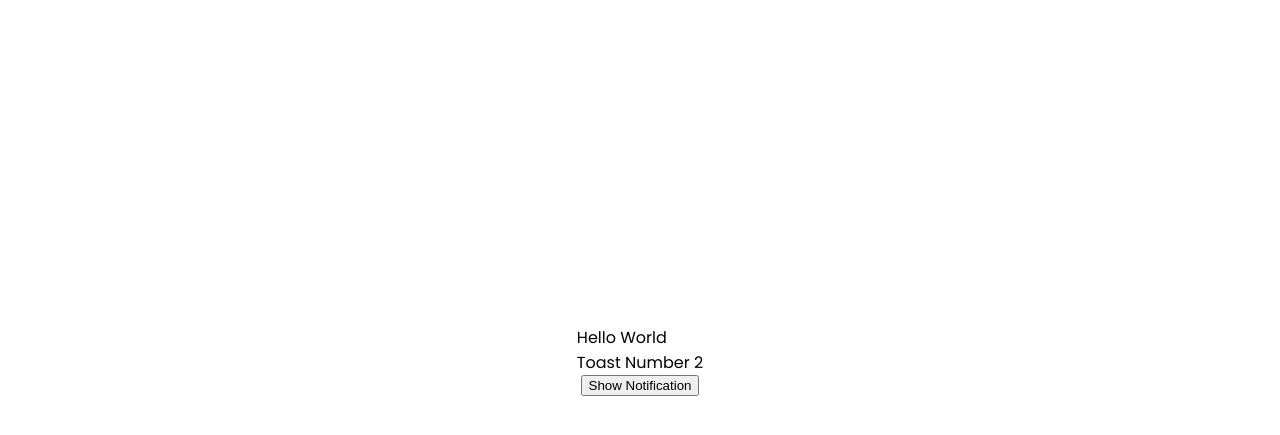
Repository: eagle-tex/50-projects-BT
Page: 27-toast-notification/index.html
These files come from the project's save history. The page is drawn as it stood at one moment and after the next save; the edit follows.
The browser window is 1280 px wide. The pictures show the whole page.

Above is the page before, as saved 2021-01-19 22:07:05.

### 27-toast-notification/index.html
<!DOCTYPE html>
<html lang="en">

<head>
  <meta charset="UTF-8" />
  <meta name="viewport" content="width=device-width, initial-scale=1.0" />
  <link rel="stylesheet" href="style.css" />
  <title>Toast Notification</title>
</head>

<body>
  <div id="toasts">
    <div class="toast">Hello World</div>
    <div class="toast">Toast Number 2</div>
  </div>

  <button class="btn" id="button">Show Notification</button>

  <script src="script.js"></script>
</body>

</html>

### 27-toast-notification/style.css
@import url('https://fonts.googleapis.com/css?family=Poppins:wght@200;400&display=swap');

* {
  box-sizing: border-box;
}

body {
  font-family: 'Poppins', sans-serif;
  display: flex;
  flex-direction: column;
  align-items: center;
  justify-content: center;
  height: 100vh;
  overflow: hidden;
  margin: 0;
}

Loaded but not shown: 27-toast-notification/script.js (no stored copy; drawn as an empty file)

After the next save:
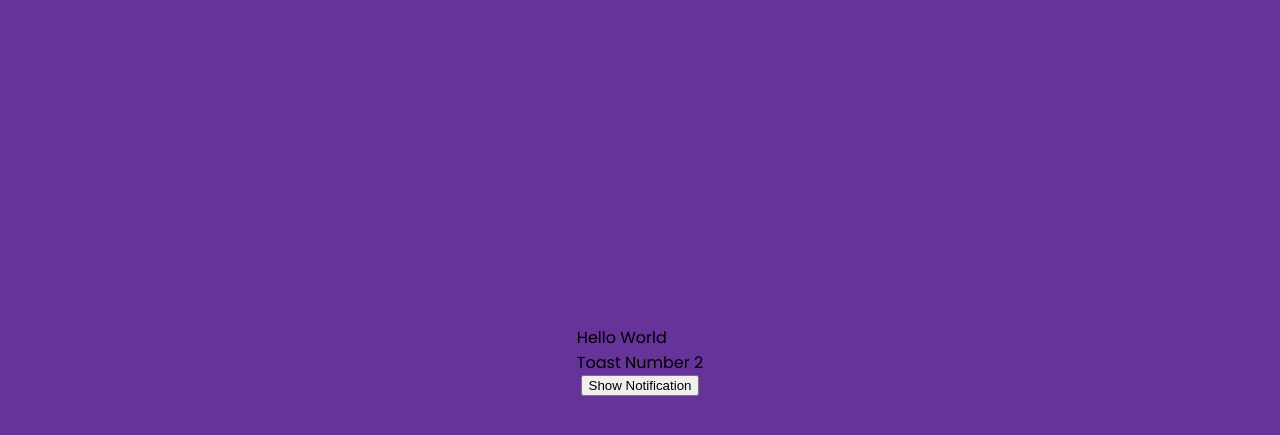
Saved 15 s later.
--- a/27-toast-notification/style.css
+++ b/27-toast-notification/style.css
@@ -5,6 +5,7 @@
 }
 
 body {
+  background-color: rebeccapurple;
   font-family: 'Poppins', sans-serif;
   display: flex;
   flex-direction: column;
